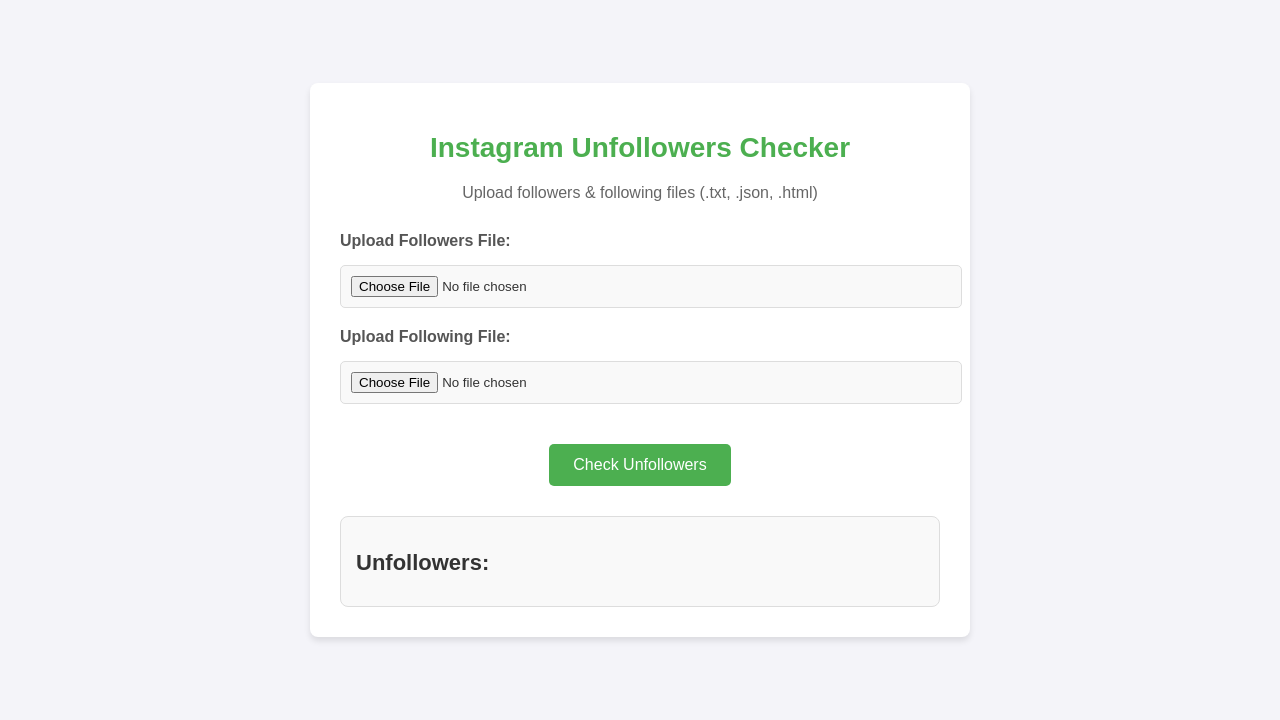
Repository: GiraldoNainggolan/IUC
Page: index.html
An editor plug-in stored every save of this project. The page is shown before and after the next save, followed by the edit.
The browser window is 1280 px wide. The pictures show the whole page.
After loading, the first visible `#checkUnfollowers` was clicked once.

Above is the page before, as saved 2025-02-04 15:34:43.

### index.html
<!DOCTYPE html>
<html lang="en">
<head>
    <meta charset="UTF-8">
    <meta name="viewport" content="width=device-width, initial-scale=1.0">
    <title>Instagram Unfollowers Checker</title>
    <link rel="stylesheet" href="style.css">
</head>
<body>
    <div class="container">
        <h1>Instagram Unfollowers Checker</h1>
        <p>Upload followers & following files (.txt, .json, .html)</p>

        <div class="upload-section">
            <label for="followersFile">Upload Followers File:</label>
            <input type="file" id="followersFile" accept=".txt, .json, .html">
        </div>
        <div class="upload-section">
            <label for="followingFile">Upload Following File:</label>
            <input type="file" id="followingFile" accept=".txt, .json, .html">
        </div>
        <button id="checkUnfollowers">Check Unfollowers</button>

        <div id="result" class="result">
            <h2>Unfollowers:</h2>
            <ul id="unfollowersList"></ul>
        </div>
    </div>
    <script src="script.js"></script>
</body>
</html>

### style.css
body {
    font-family: Arial, sans-serif;
    background-color: #f4f4f9;
    color: #333;
    margin: 0;
    padding: 0;
    display: flex;
    justify-content: center;
    align-items: center;
    height: 100vh;
}

.container {
    max-width: 600px;
    width: 100%;
    background: #fff;
    padding: 30px;
    box-shadow: 0 4px 6px rgba(0, 0, 0, 0.1);
    border-radius: 8px;
    text-align: center;
}

h1 {
    font-size: 28px;
    margin-bottom: 20px;
    color: #4CAF50;
}

p {
    font-size: 16px;
    color: #666;
    margin-bottom: 30px;
}

.upload-section {
    margin: 20px 0;
    text-align: left;
}

label {
    font-weight: bold;
    display: block;
    margin-bottom: 10px;
    color: #555;
}

input[type="file"] {
    width: 100%;
    padding: 10px;
    border: 1px solid #ddd;
    border-radius: 5px;
    background: #f9f9f9;
    margin-top: 5px;
}

button {
    margin-top: 20px;
    padding: 12px 24px;
    font-size: 16px;
    background: #4CAF50;
    color: white;
    border: none;
    border-radius: 5px;
    cursor: pointer;
    transition: background 0.3s ease;
}

button:hover {
    background: #45a049;
}

.result {
    margin-top: 30px;
    text-align: left;
}

h2 {
    font-size: 22px;
    color: #333;
    margin-bottom: 15px;
}

ul {
    list-style: none;
    padding: 0;
}

ul li {
    background: #f9f9f9;
    margin: 10px 0;
    padding: 15px;
    border: 1px solid #ddd;
    border-radius: 4px;
    color: #555;
}

/* Tambahkan ini ke CSS Anda */

.result {
    margin-top: 30px;
    text-align: left;
    max-height: 300px; /* Atur tinggi maksimal container */
    overflow-y: auto; /* Tambahkan scroll jika konten melebihi tinggi */
    border: 1px solid #ddd; /* Tambahkan border untuk kejelasan */
    border-radius: 8px;
    padding: 15px;
    background: #f9f9f9;
}

ul#unfollowersList {
    margin: 0;
    padding: 0;
}

ul#unfollowersList li {
    background: #fff;
    margin: 10px 0;
    padding: 12px;
    border: 1px solid #eee;
    border-radius: 5px;
    color: #555;
    word-wrap: break-word; /* Memastikan teks panjang tidak overflow */
    overflow-wrap: break-word; /* Memastikan teks panjang tidak overflow */
}

/* Jika ingin menambahkan hover effect pada list item */
ul#unfollowersList li:hover {
    background: #f1f1f1;
    cursor: pointer;
}

### script.js
document.getElementById("checkUnfollowers").addEventListener("click", async () => {
    const followersFile = document.getElementById("followersFile").files[0];
    const followingFile = document.getElementById("followingFile").files[0];

    if (!followersFile || !followingFile) {
        alert("Silakan upload kedua file sebelum melanjutkan.");
        return;
    }

    try {
        const followers = await extractUsernamesFromHTML(followersFile);
        const following = await extractUsernamesFromHTML(followingFile);

        const unfollowers = following.filter(user => !followers.includes(user));
        displayUnfollowers(unfollowers);
    } catch (error) {
        alert("Terjadi kesalahan saat membaca file: " + error);
    }
});

async function extractUsernamesFromHTML(file) {
    return new Promise((resolve, reject) => {
        const reader = new FileReader();

        reader.onload = () => {
            const parser = new DOMParser();
            const doc = parser.parseFromString(reader.result, "text/html");

            // Ambil semua elemen <a> yang mengandung link Instagram
            const usernames = [...doc.querySelectorAll("a")]
                .map(a => a.textContent.trim())
                .filter(name => name.length > 0);

            if (usernames.length === 0) {
                reject("Tidak ditemukan username di dalam file.");
            } else {
                resolve(usernames);
            }
        };

        reader.onerror = () => reject(reader.error);
        reader.readAsText(file);
    });
}

function displayUnfollowers(unfollowers) {
    const list = document.getElementById("unfollowersList");
    list.innerHTML = "";

    if (unfollowers.length === 0) {
        list.innerHTML = "<li>Semua orang mengikuti balik!</li>";
        return;
    }

    unfollowers.forEach(user => {
        const listItem = document.createElement("li");
        listItem.textContent = user;
        list.appendChild(listItem);
    });
}

After the next save:
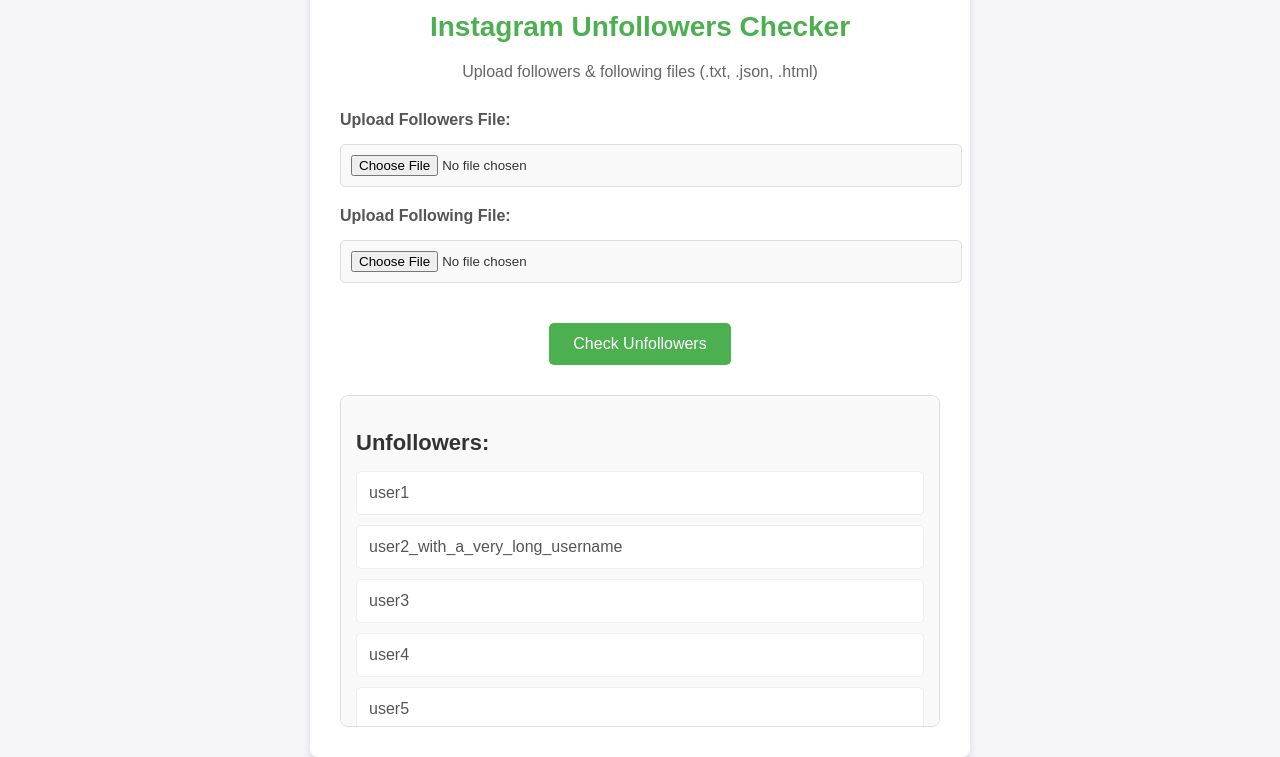
Saved 19 s later.
--- a/script.js
+++ b/script.js
@@ -58,3 +58,17 @@
         list.appendChild(listItem);
     });
 }
+
+document.getElementById('checkUnfollowers').addEventListener('click', function () {
+    // Contoh data unfollower (ganti dengan data asli dari file yang diupload)
+    const unfollowers = ['user1', 'user2_with_a_very_long_username', 'user3', 'user4', 'user5'];
+
+    const unfollowersList = document.getElementById('unfollowersList');
+    unfollowersList.innerHTML = ''; // Kosongkan list sebelum menambahkan data baru
+
+    unfollowers.forEach(user => {
+        const li = document.createElement('li');
+        li.textContent = user;
+        unfollowersList.appendChild(li);
+    });
+});
